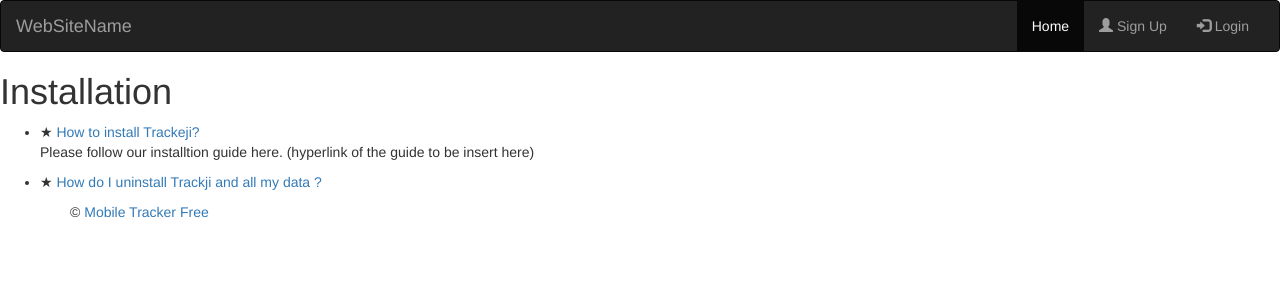
Repository: prathmeshgodbole/Web_Development
Page: Mobile_tracker/Installation.html
An editor plug-in stored every save of this project. The page is shown before and after the next save, followed by the edit.
The browser window is 1280 px wide. The pictures show the whole page.

Above is the page before, as saved 2020-03-08 17:37:39.

After the next save:
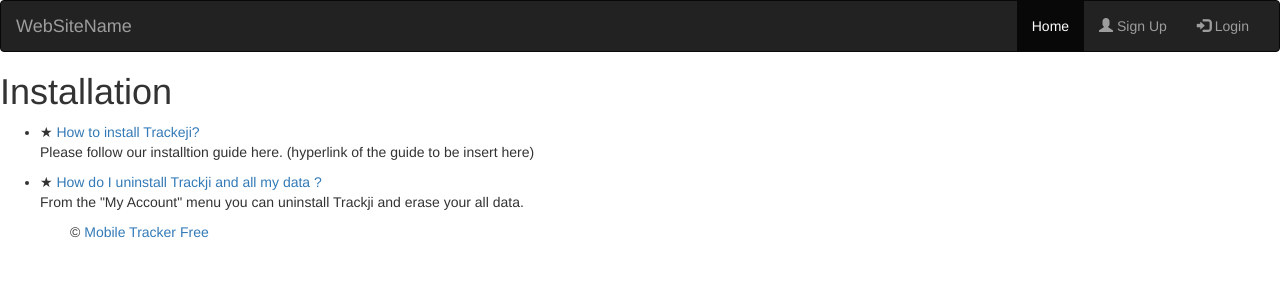
Saved 36 s later.
--- a/Mobile_tracker/Installation.html
+++ b/Mobile_tracker/Installation.html
@@ -56,7 +56,7 @@
         <li class="article-promoted">
             <span data-title="Promoted article">★</span>
             <a href="">How do I uninstall Trackji and all my data ?</a>
-            <p></p>
+            <p>From the "My Account" menu you can uninstall Trackji and erase your all data.</p>
         </li>
 
     </ul>
